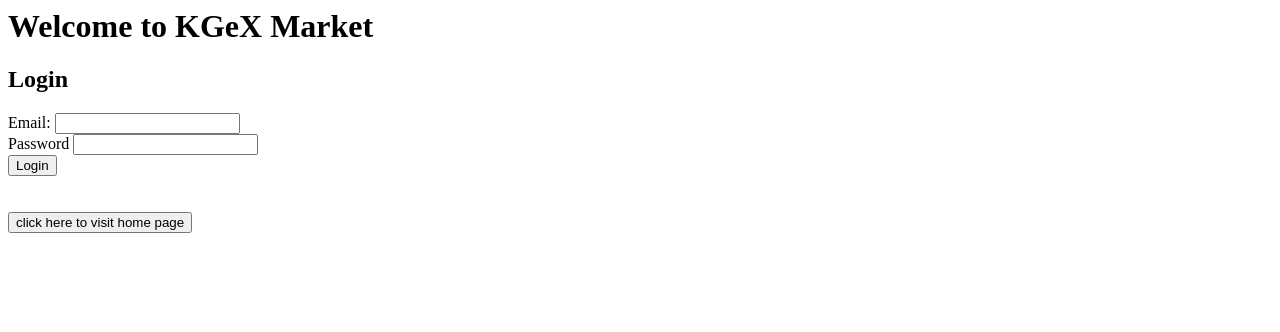
Repository: Keko1/market
Page: http://localhost/Market/LoginController
These files come from the project's save history. The page is drawn as it stood at one moment and after the next save; the edit follows.
The browser window is 1280 px wide. The pictures show the whole page.
The page is served by Tomcat 9. Queries for data that is not in the repository find no rows.

Above is the page before, as saved 2021-02-10 13:31:37.

After the next save:
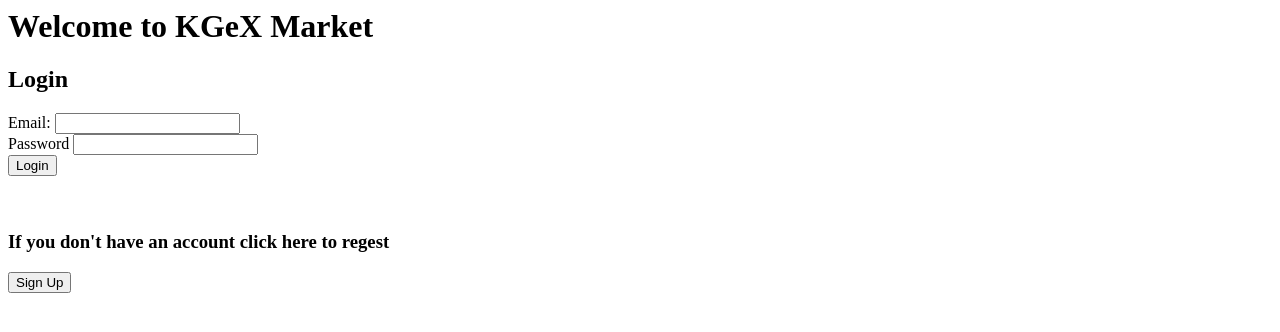
Saved 3 min 24 s later.
--- a/Market/WebContent/login.jsp
+++ b/Market/WebContent/login.jsp
@@ -15,6 +15,7 @@
   		  <button class="btn btn-success" type="submit">Login</button><br>
 
   		  <br><br>
-  		  	<input type=button onClick="location.href='\home.jsp'" value='click here to visit home page'>
+  		  <h3>If you don't have an account click here to regest </h3>
+  		  	<input type=button onClick="location.href='\home.jsp'" value='Sign Up'>
 </body>
 </html>
